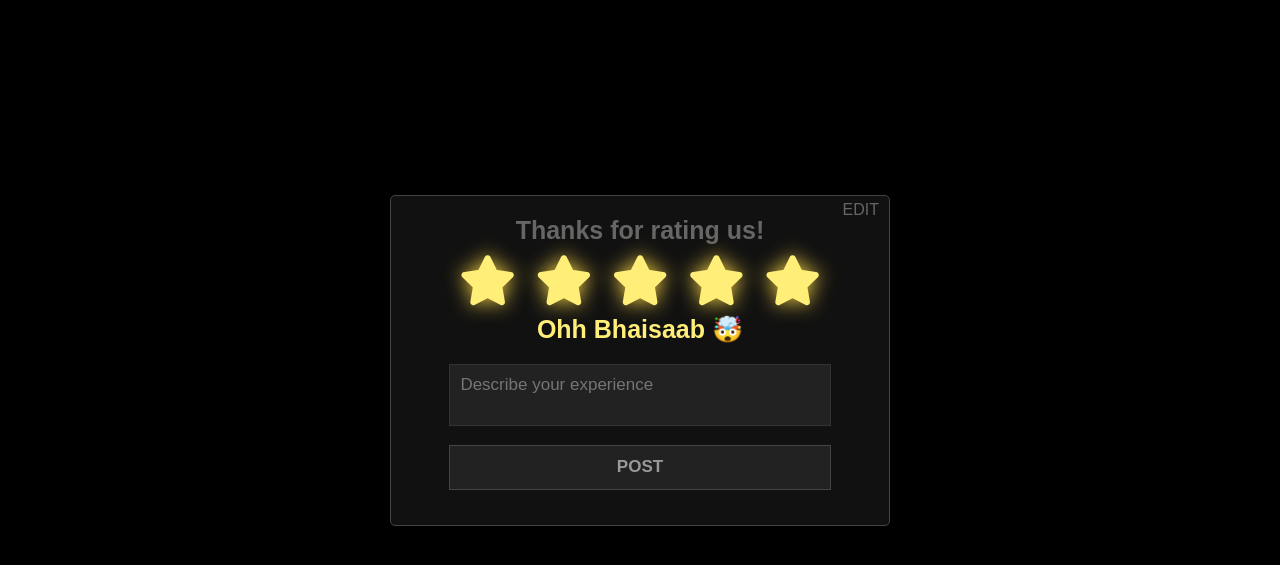
Repository: Suryansh-D/Star-Ratings
Page: index.html
An editor plug-in stored every save of this project. The page is shown before and after the next save, followed by the edit.
The browser window is 1280 px wide. The pictures show the whole page.
The first `#rate-5` is checked.

Above is the page before, as saved 2024-02-03 10:32:23.

### index.html
<!DOCTYPE html>
<html lang="en">
<head>
    <meta charset="UTF-8">
    <meta name="viewport" content="width=device-width, initial-scale=1.0">
    <title>Document</title>
</head>
<link rel="stylesheet" href="style.css">
<link rel="stylesheet" href="https://cdnjs.cloudflare.com/ajax/libs/font-awesome/5.15.3/css/all.min.css">
<body>
    <div class="container">
        <div class="post">
            <div class="text">Thanks for rating us!</div>
            <div class="edit">EDIT</div>
            </div>
        <div class="stars">
            <input type="radio" name="rate" id="rate-5">
            <label for="rate-5" class="fas fa-star"></label>
            <input type="radio" name="rate" id="rate-4">
            <label for="rate-4" class="fas fa-star"></label>
            <input type="radio" name="rate" id="rate-3">
            <label for="rate-3" class="fas fa-star"></label>
            <input type="radio" name="rate" id="rate-2">
            <label for="rate-2" class="fas fa-star"></label>
            <input type="radio" name="rate" id="rate-1">
            <label for="rate-1" class="fas fa-star"></label>
            <form action="#">
                <header></header>
                <div class="textarea">
                <textarea cols="30" placeholder="Describe your experience"></textarea>
                </div>
                    <div class="btn">
                        <button type="submit">Post</button>
                        </div>
                 </form>
        </div>
    </div>
    <script></script>
</body>
</html>

### style.css
@import url('https://fonts.googleapis.com/css?family=Roboto:400,700');
* {
  margin: 0;
  padding: 0;
  box-sizing: border-box;
  font-family:'Poppins', sans-serif;
}
html, body {
  height: 100%;
  background-color: #000;
  place-items: center;
  display: grid;
  text-align: center;
}

.container {
    position: relative;
    width: 500px;
    background: #111;
    padding: 20px  30px;
    border: 1px solid #444;
    border-radius: 5px;
    display: flex;
    flex-direction: column;
    align-items: center;
    justify-content: center;
}
.container .stars input{
    display: none;
}
.stars label{
    font-size: 50px;
    color: #444;
    cursor: pointer;
    transition: all 0.2s ease;
    float: right;
    padding: 10px;

}
.stars input:not(:checked) ~ label:hover ,
.stars input:not(:checked) ~ label:hover ~ label{
    color: #ffcc00;
}
.stars input:checked ~ label{
    color: #ffcc00;
}
input#rate-5:checked ~ label{
    color: #fe7;
    text-shadow: 0 0 20px #f1cf45;
}
input#rate-4:checked ~ label{
    color: #fe7;
    text-shadow: 0 0 20px #f1cf45;
}
input#rate-3:checked ~ label{
    color: #fe7;
    text-shadow: 0 0 20px #f1cf45;
}
input#rate-2:checked ~ label{
    color: #fe7;
    text-shadow: 0 0 20px #f1cf45;
}
input#rate-1:checked ~ label{
    color: #fe7;
    text-shadow: 0 0 20px #f1cf45;
}

#rate-1:checked ~ form header:before{
    content: "Hatt Bakwas 😤";

}
#rate-2:checked ~ form header:before{
    content: "Bekaar 😒";
}
#rate-3:checked ~ form header:before{
    content: "Theek hi hai 🙂";
}
#rate-4:checked ~ form header:before{
    content: "Badhiya kiye Munna😌";
}
#rate-5:checked ~ form header:before{
    content: "Ohh Bhaisaab 🤯 ";
}

.container .text{
    font-size: 25px;
    color: #666;
    font-weight: 700;

}
.container .edit{
    position: absolute;
    right:10px;
    top:5px;
    font-size: 16px;
    color: #666;
    font-weight: 500;
    cursor: pointer;
}
.container form{
    display: none;
}
input:checked ~ form{
    display: block;
    transition: all 0.2s ease;
}
form header{
    width:100%;
    font-size: 25px;
    color: #fe7;
    font-weight: 700;
    margin: 5px 0 20px 0;
    text-align: center;
    transition: all 0.2s ease;
}

form .textarea{
    width: 100%;
   height: 100%;
   overflow: hidden;
}
form .textarea textarea{
    height: 100%;
    width:100%;
    outline: none;
    color: #fff;
    border: 1px solid #333;
    background: #222;
    padding: 10px;
    font-size: 17px;
    resize: none;
}
form .btn{
  height: 45px;
  width: 100%;
  margin: 15px 0;
}
form .btn button{
    width: 100%;
    height: 100%;
    border: 1px solid #444;
    outline: none;
    background: #222;
    color: #999;
    font-size: 20px;
    font-weight: 700;
    cursor: pointer;
    transition: all 0.2s ease;
    font-size: 17px;
    text-transform: uppercase;
}
form .btn button:hover{
    background: #1b1b1b;
    color: #fff;
}

After the next save:
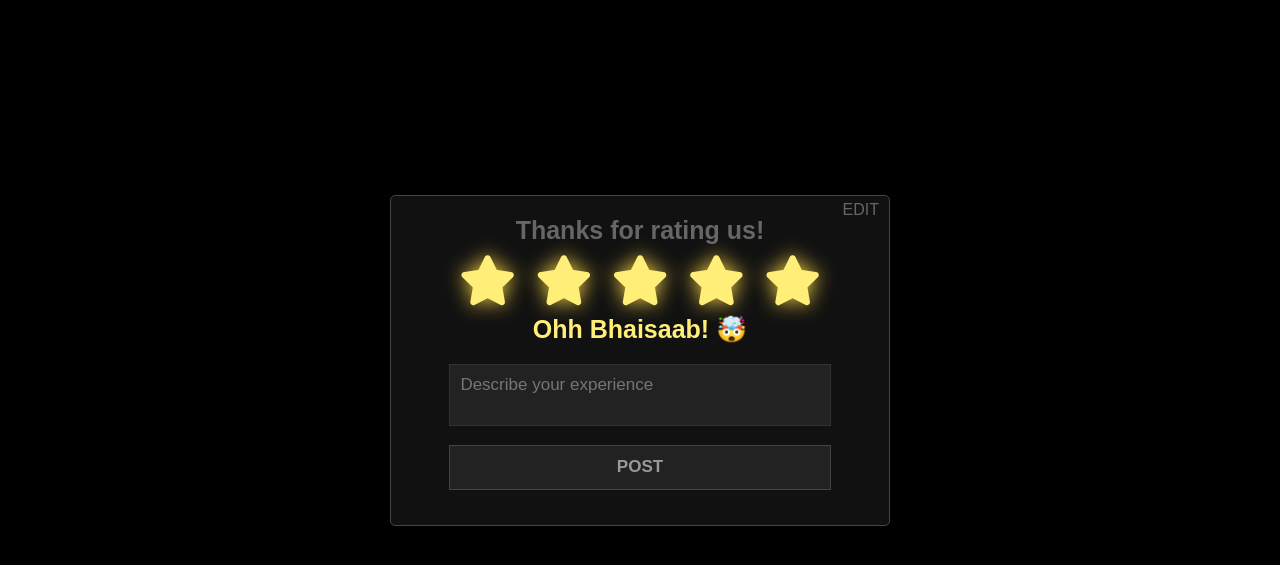
Saved 10 s later.
--- a/style.css
+++ b/style.css
@@ -79,7 +79,7 @@ input#rate-1:checked ~ label{
     content: "Badhiya kiye Munna😌";
 }
 #rate-5:checked ~ form header:before{
-    content: "Ohh Bhaisaab 🤯 ";
+    content: "Ohh Bhaisaab! 🤯 ";
 }
 
 .container .text{
